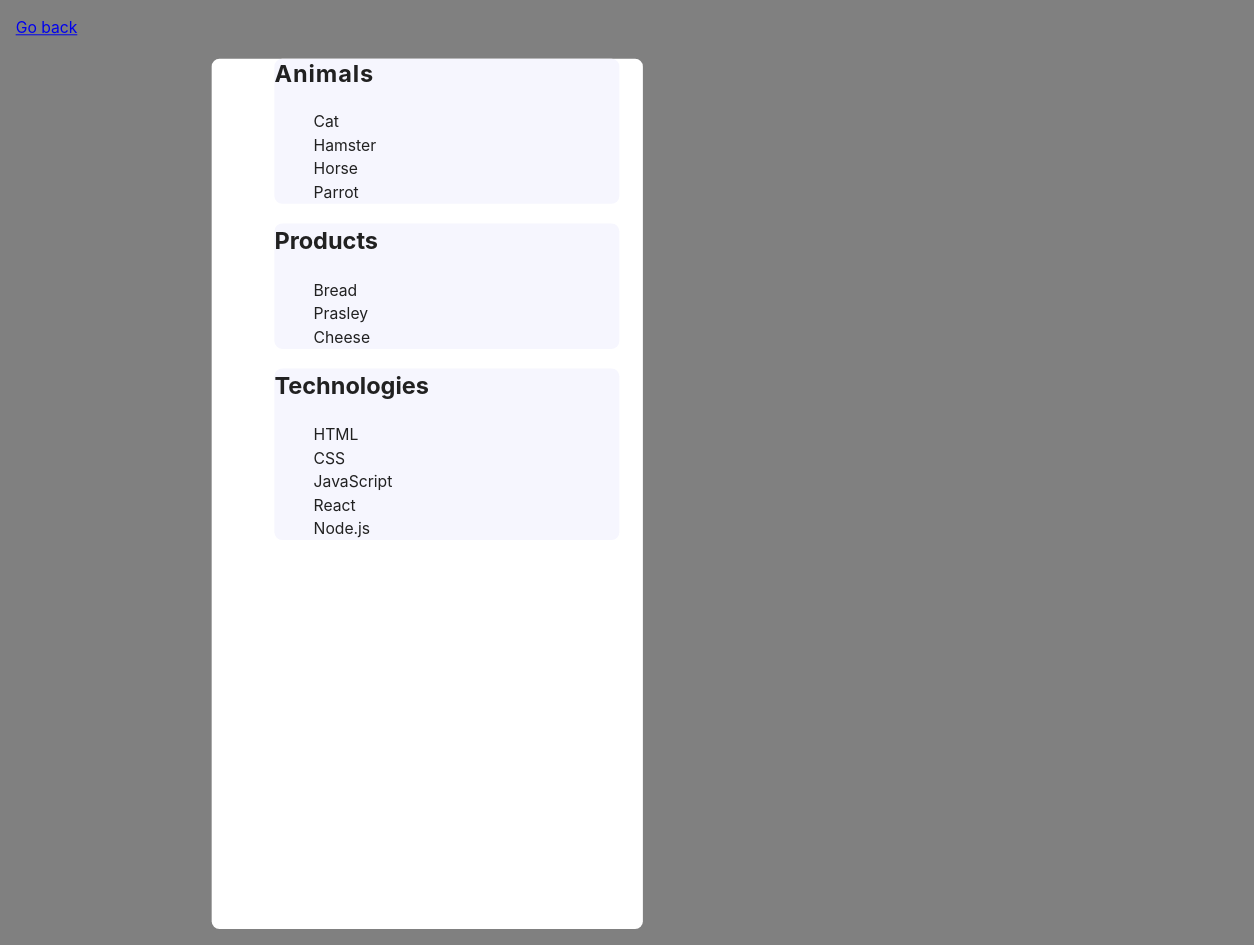
Repository: ViacheslavParfenenko/goit-js-hw-07
Page: task-1.html
The author's editor kept a copy of each file at every save. The page is drawn from the files as they stood at one save, then again after the next save.
The browser window is 1280 px wide. The pictures show the whole page, at 98% of full size.

Above is the page before, as saved 2024-07-09 17:26:26.

### task-1.html
<!DOCTYPE html>
<html lang="en">
  <head>
    <meta charset="UTF-8" />
    <meta http-equiv="X-UA-Compatible" content="IE=edge" />
    <meta name="viewport" content="width=device-width, initial-scale=1.0" />
    <title>Task 1</title>
    <link rel="stylesheet" href="./css/common.css" />
  </head>
  <body>
    <p><a href="./index.html">Go back</a></p>

    <ul class="list" id="categories">
      <li class="item">
        <h2 class="item-name">Animals</h2>

        <ul>
          <li class="one-item-name">Cat</li>
          <li class="one-item-name">Hamster</li>
          <li class="one-item-name">Horse</li>
          <li class="one-item-name">Parrot</li>
        </ul>
      </li>
      <li class="item">
        <h2>Products</h2>

        <ul>
          <li>Bread</li>
          <li>Prasley</li>
          <li>Cheese</li>
        </ul>
      </li>
      <li class="item">
        <h2>Technologies</h2>

        <ul>
          <li>HTML</li>
          <li>CSS</li>
          <li>JavaScript</li>
          <li>React</li>
          <li>Node.js</li>
        </ul>
      </li>
    </ul>

    <script src="./js/task-1.js" type="module"></script>
  </body>
</html>

### css/common.css
* {
  box-sizing: border-box;
}

footer, header, hgroup, menu, nav, section {
	display: block;
}
body {
	line-height: 1;
}
ol, ul {
	list-style: none;
}
blockquote, q {
	quotes: none;
}
blockquote:before, blockquote:after,
q:before, q:after {
	content: '';
	content: none;
}
table {
	border-collapse: collapse;
	border-spacing: 0;
}

body {
  margin: 16px;
  font-family: -apple-system, BlinkMacSystemFont, "Segoe UI", Roboto, Oxygen,
    Ubuntu, Cantarell, "Open Sans", "Helvetica Neue", sans-serif;
  -webkit-font-smoothing: antialiased;
  -moz-osx-font-smoothing: grayscale;
  background-color: gray;
  color: #212121;
  line-height: 1.5;
}

.list {
  margin-left: 200px;

  background-color: #fff;
  width: 440px;
  height: 888px;

  border-radius: 8px 8px 8px 8px;
}

.item {
  flex: auto;
  margin-right: 24px;
  margin-left: 24px;

  background-color: #f6f6fe;

  border-radius: 8px 8px 8px 8px;
}

.item-name {

  font-size: 24px;

  line-height: 32px;
  letter-spacing: 0.04em;
  text-align: left;
}

.one-item-name {
  flex: auto;
}

### js/task-1.js
const categoriesList = document.getElementById('categories');

const categoriesItems = categoriesList.querySelectorAll('li.item');

console.log(`Number of categories: ${categoriesItems.length}`);

categoriesItems.forEach(category => {
  const categoryTitle = category.querySelector('h2').textContent;
  const categoryItems = category.querySelectorAll('ul li').length;
  console.log(`Category: ${categoryTitle}`);
  console.log(`Elements: ${categoryItems}`);
});

const style = document.createElement('style');
style.textContent = `
  .categories {
    display: flex;
    flex-wrap:;
    gap: 10px;
    list-style: none;
    border: 1px;
    padding: 0;
    margin: 0;
  }
  .item {
    flex: 1 1 calc(33.333% - 10px);
    box-sizing: border-box;
  }

  }
`;

After the next save:
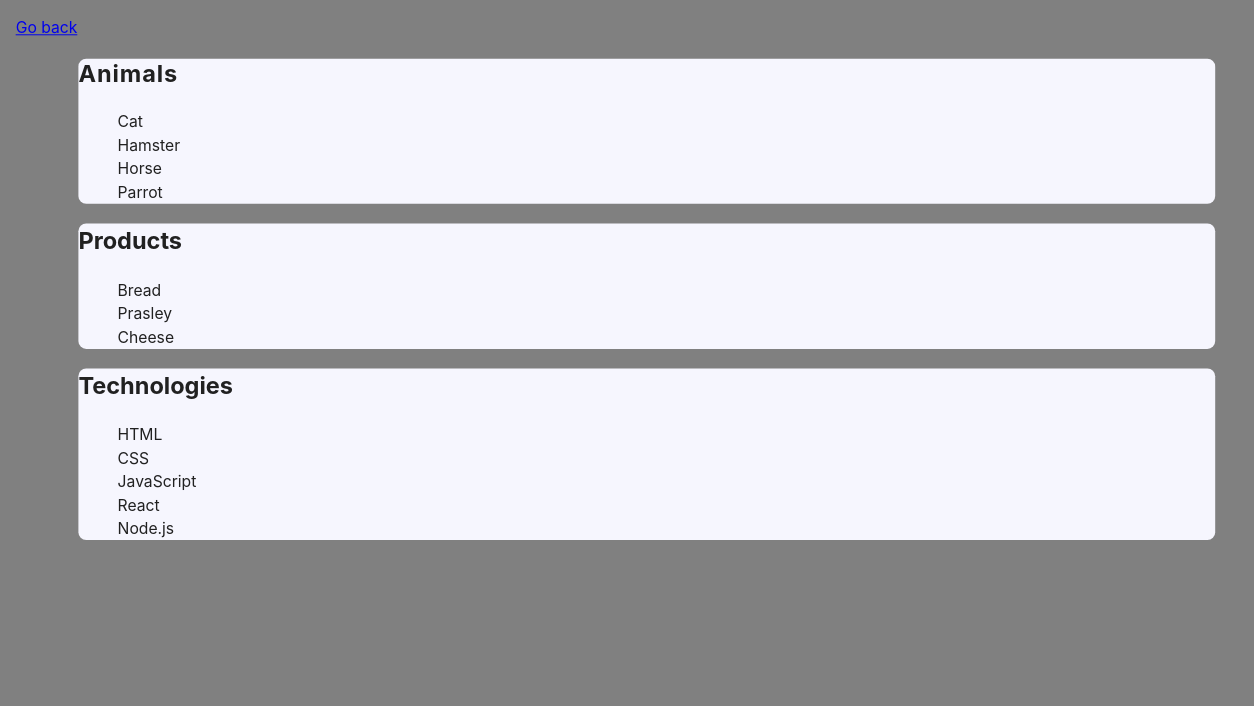
Saved 26 s later.
--- a/css/common.css
+++ b/css/common.css
@@ -34,7 +34,7 @@
   color: #212121;
   line-height: 1.5;
 }
-
+/*
 .list {
   margin-left: 200px;
 
@@ -43,7 +43,7 @@
   height: 888px;
 
   border-radius: 8px 8px 8px 8px;
-}
+} */
 
 .item {
   flex: auto;

After the save that followed:
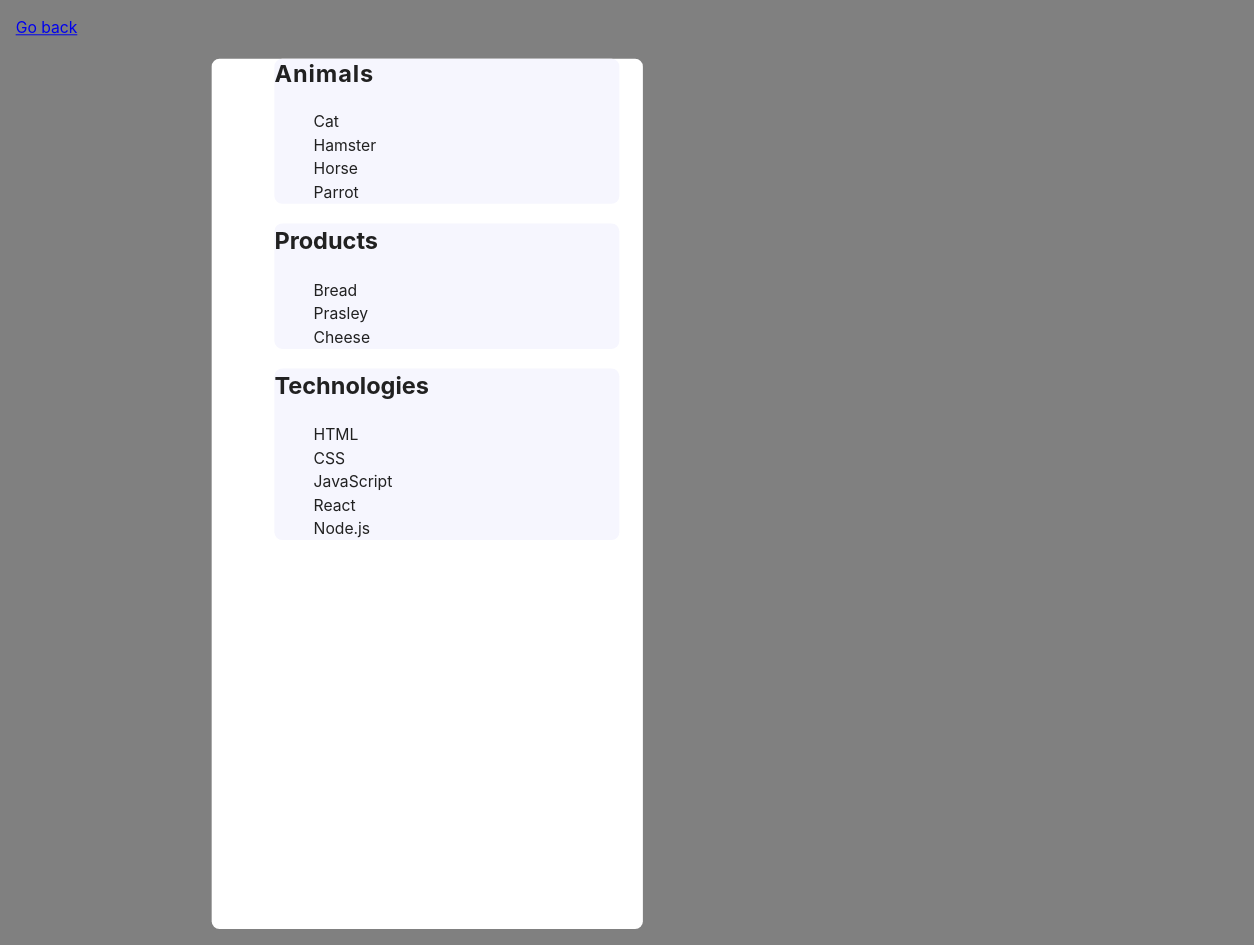
Saved 21 s later.
--- a/css/common.css
+++ b/css/common.css
@@ -34,8 +34,9 @@
   color: #212121;
   line-height: 1.5;
 }
-/*
+
 .list {
+  flex: auto;
   margin-left: 200px;
 
   background-color: #fff;
@@ -43,7 +44,7 @@
   height: 888px;
 
   border-radius: 8px 8px 8px 8px;
-} */
+}
 
 .item {
   flex: auto;
